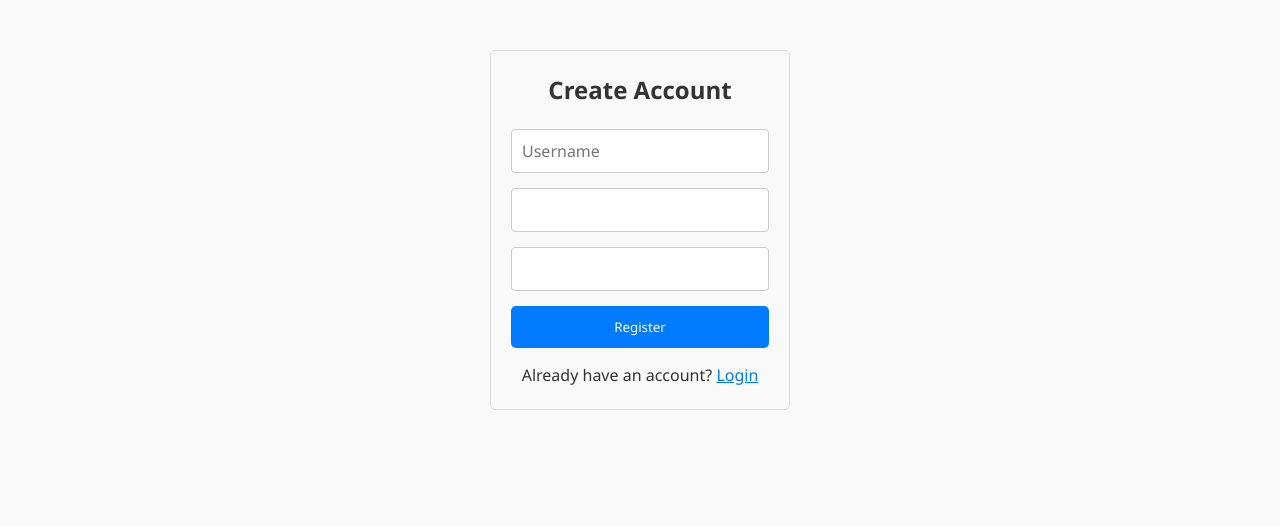
Repository: Ndegwa2/sacco
Page: Client/register.html
These files come from the project's save history. The page is drawn as it stood at one moment and after the next save; the edit follows.
The browser window is 1280 px wide. The pictures show the whole page.

Above is the page before, as saved 2025-06-10 20:18:22.

After the next save:
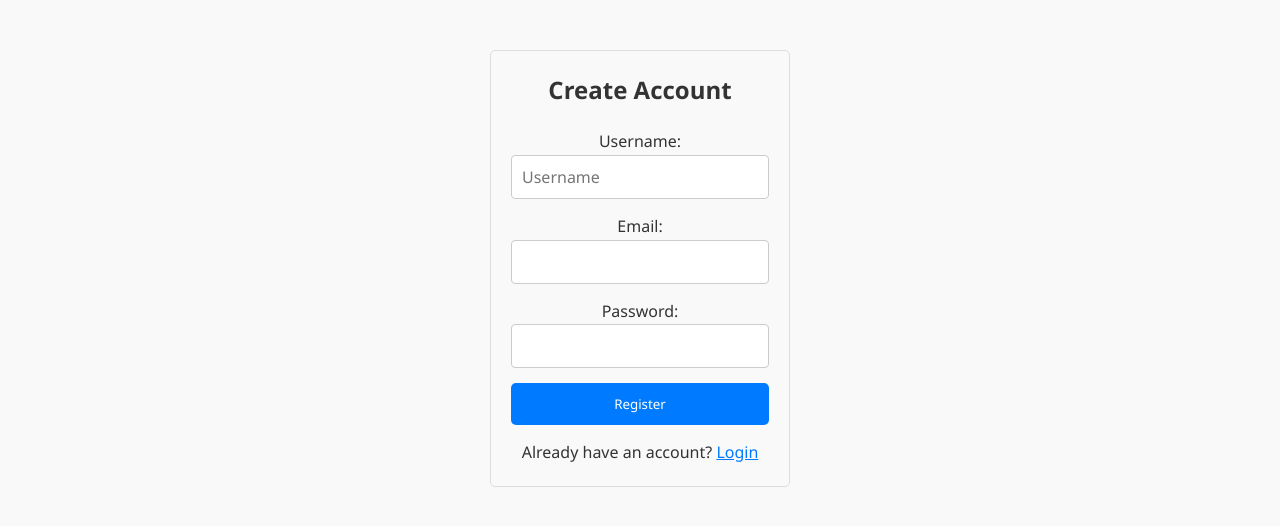
Saved 6 min 56 s later.
--- a/Client/register.html
+++ b/Client/register.html
@@ -9,10 +9,13 @@
 <body>
   <div class="auth-container">
       <h2>Create Account</h2>
-      <form method="POST" action="/register">
-        <input type="text" name="username" placeholder="Username" required>
-        <input type="email" name="email" required>
-        <input type="password" name="password" required>
+      <form method="POST" action="register.html">
+        <label for="username">Username:</label>
+        <input type="text" id="username" name="username" placeholder="Username" required>
+        <label for="email">Email:</label>
+        <input type="email" id="email" name="email" required>
+        <label for="password">Password:</label>
+        <input type="password" id="password" name="password" required>
         <button type="submit">Register</button>
       </form>
       <p>Already have an account? <a href="login.html">Login</a></p>
